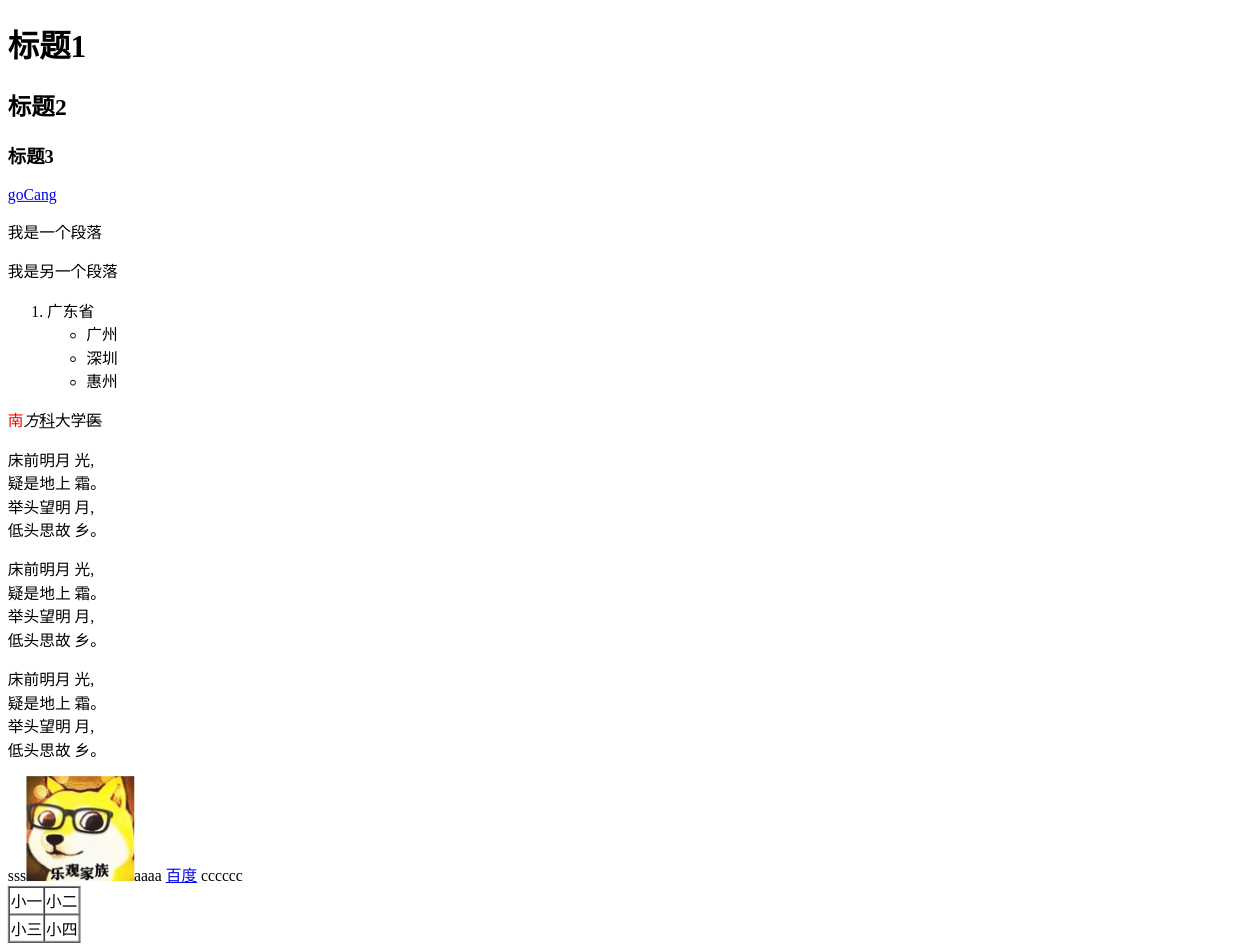
Repository: LYC-Android/JavaWebProject
Page: WebBasic/src/main/webapp/day01/demo3.html
These files come from the project's save history. The page is drawn as it stood at one moment and after the next save; the edit follows.
The browser window is 1280 px wide. The pictures show the whole page, at 98% of full size.

Above is the page before, as saved 2017-09-04 09:26:53.

After the next save:
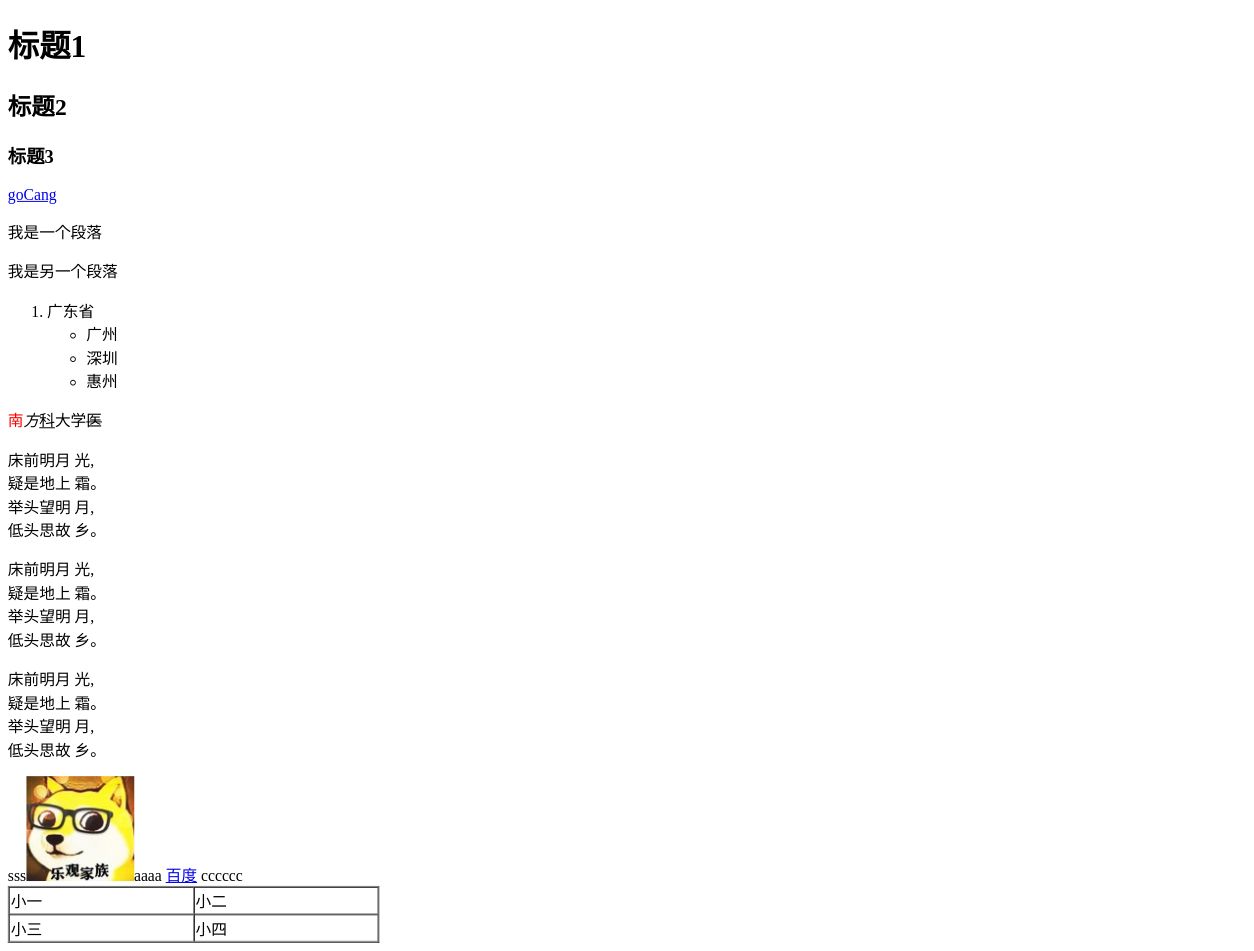
Saved 5 min 58 s later.
--- a/WebBasic/src/main/webapp/day01/demo3.html
+++ b/WebBasic/src/main/webapp/day01/demo3.html
@@ -52,7 +52,7 @@
 
 	<!-- 表格 -->
 	<!-- 表格的基本结构 -->
-	<table border="1" cellspacing="0">
+	<table border="1" cellspacing="0" width="30%">
 	    <tr>
 	         <td>小一</td>
 	         <td>小二</td>
